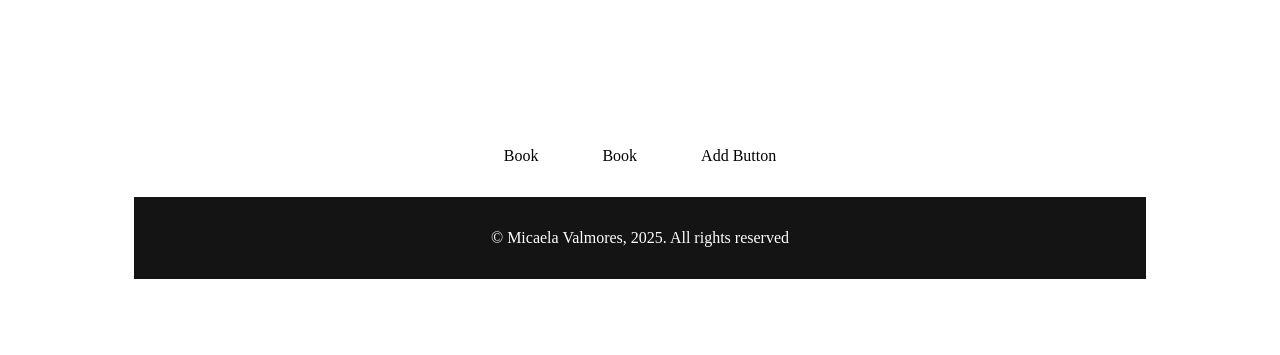
Repository: Micaelavalmores/COMP3170-Data-Fetching
Page: /
The author's editor kept a copy of each file at every save. The page is drawn from the files as they stood at one save, then again after the next save.
The browser window is 1280 px wide. The pictures show the whole page.
The project was rebuilt for these pictures with package versions that can differ from the ones it lists, and the page was loaded fresh each time. Also part of the build but not shown: vite.config.js.

Above is the page before, as saved 2025-09-22 18:05:13.

After the next save:
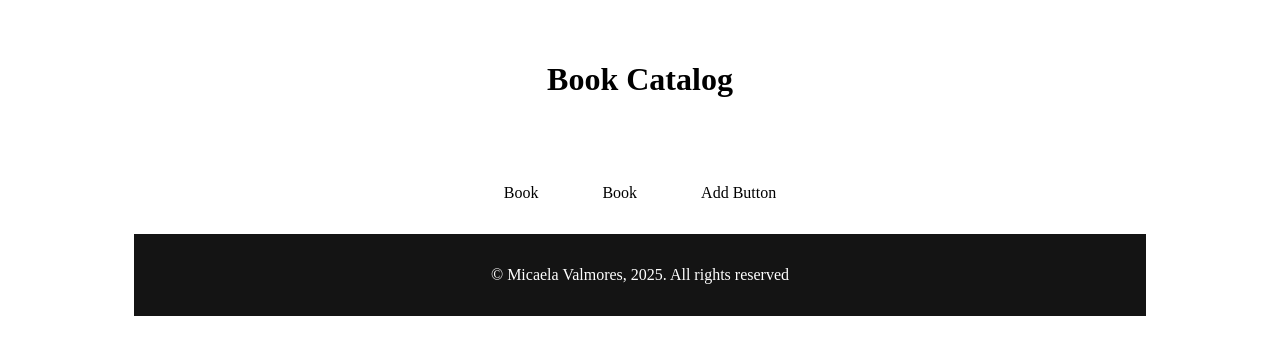
Saved 7 s later.
--- a/src/components/AppHeader.jsx
+++ b/src/components/AppHeader.jsx
@@ -2,7 +2,7 @@
 
 function AppHeader () {
     return (
-        <h1></h1>
+        <h1>Book Catalog</h1>
     );
 }
 
